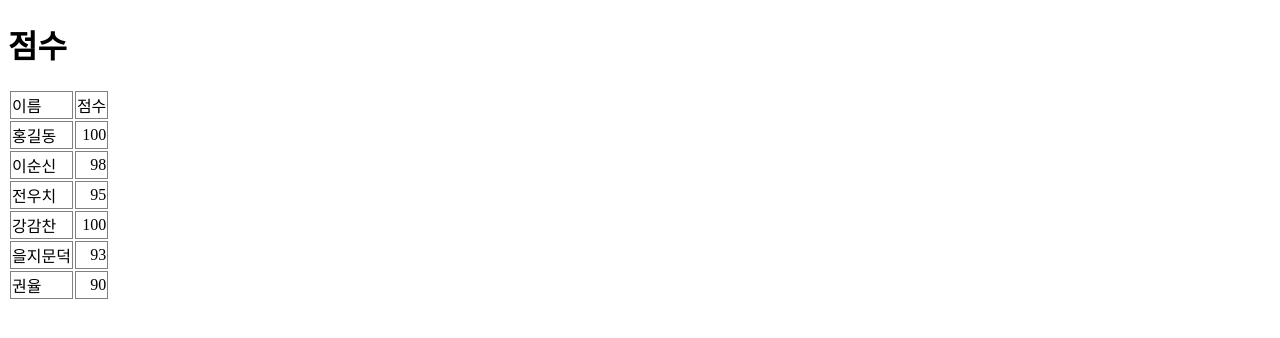
Repository: djdongjae/SpringProjects
Page: html1/src/main/webapp/01/table07.html
The author's editor kept a copy of each file at every save. The page is drawn from the files as they stood at one save, then again after the next save.
The browser window is 1280 px wide. The pictures show the whole page.

Above is the page before, as saved 2023-03-13 01:31:51.

### html1/src/main/webapp/01/table07.html
<!DOCTYPE html>
<html>
  <head>
    <meta http-equiv="content-type" content="text/html; charset=utf-8">
    <title>점수</title>
    <style>
    	td {border: 1px solid gray;}
    	td:nth-child(2) {text-align: right;}
    </style>
  </head>
  <body>
    <h1>점수</h1>
    <table>
      <tr>
        <td>이름</td>
        <td>점수</td>
      </tr>
      <tr>
        <td>홍길동</td>
        <td>100</td>
      </tr>
      <tr>
        <td>이순신</td>
        <td>98</td>
      </tr>
      <tr>
        <td>전우치</td>
        <td>95</td>
      </tr>
      <tr>
        <td>강감찬</td>
        <td>100</td>
      </tr>
      <tr>
        <td>을지문덕</td>
        <td>93</td>
      </tr>
      <tr>
        <td>권율</td>
        <td>90</td>
      </tr>
    </table>
  </body>
</html>

After the next save:
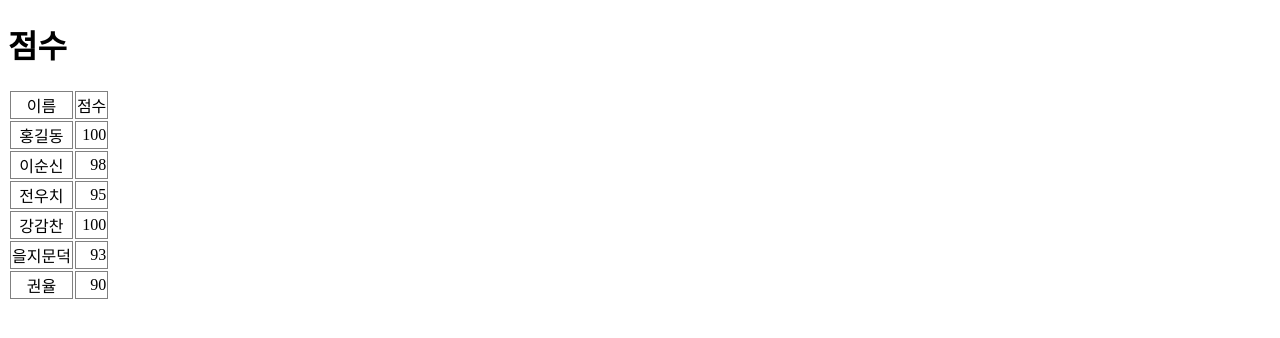
Saved 2 min 20 s later.
--- a/html1/src/main/webapp/01/table07.html
+++ b/html1/src/main/webapp/01/table07.html
@@ -4,8 +4,9 @@
     <meta http-equiv="content-type" content="text/html; charset=utf-8">
     <title>점수</title>
     <style>
-    	td {border: 1px solid gray;}
-    	td:nth-child(2) {text-align: right;}
+    	td { border: 1px solid gray; }
+    	td:nth-child(2) { text-align: right; }
+    	td:nth-child(1) { text-align: center; }
     </style>
   </head>
   <body>
